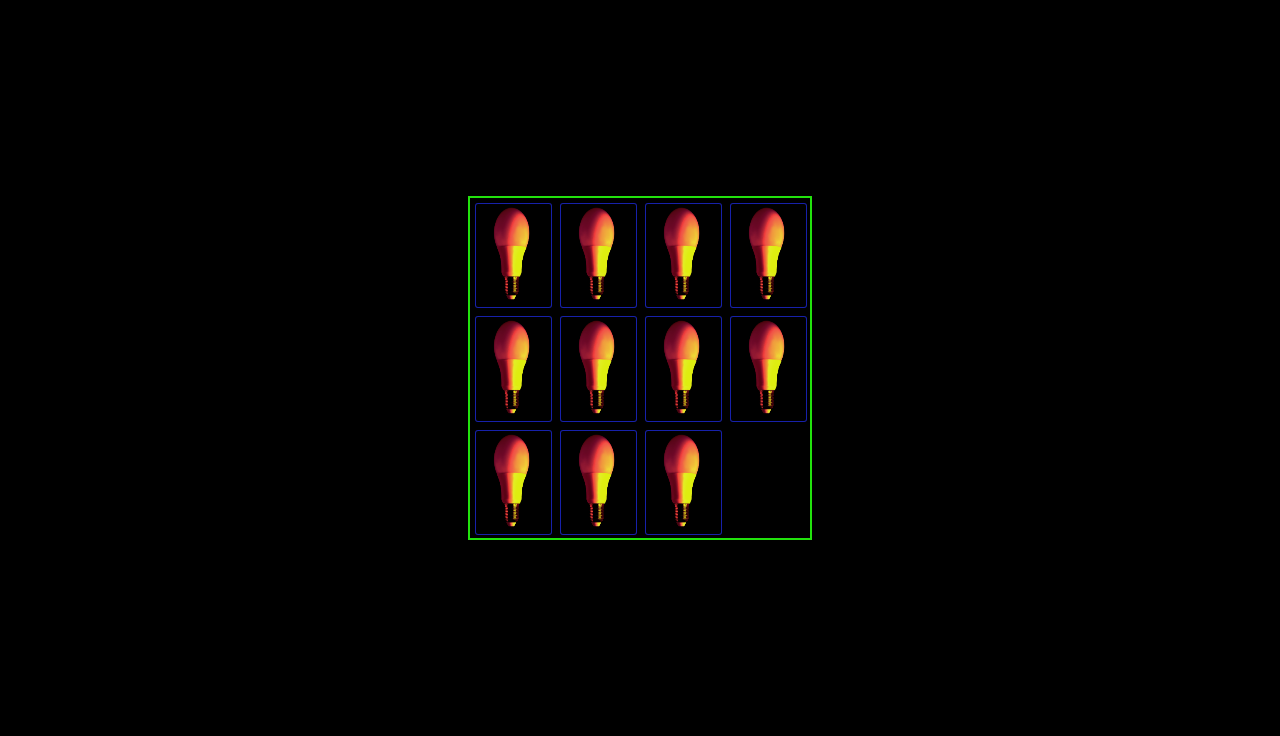
Repository: suzanaferreira/memory-game-project
Page: index.html
The author's editor kept a record of every edit. The page is drawn from the files as they stood at one moment, then again after the next edit.
The browser window is 1280 px wide. The pictures show the whole page.

Above is the page before.
Console error: SyntaxError: Unexpected end of input

### index.html
<!DOCTYPE html>
<html lang="en">

<head>
    <meta charset="UTF-8">
    <meta name="viewport" content="width=device-width, initial-scale=1.0">
    <meta http-equiv="X-UA-Compatible" content="ie=edge">
    <title>Memory Game</title>
    <link rel="stylesheet" href="style.css" />
</head>

<body>
    <section class="game">
        <div class="cards">
            <img class="revelead-pic" src="img/pic1.jpg" alt="burger" />
            <img class="cover-side" src="img/lamp.jpg" alt="lamp" />
        </div>
        <div class="cards">
            <img class="revelead-pic" src="img/pic1.jpg" alt="burger" />
            <img class="cover-side" src="img/lamp.jpg" alt="lamp" />
        </div>

        <div class="cards">
            <img class="revelead-pic" src="img/pic2.jpg" alt="rainbow" />
            <img class="cover-side" src="img/lamp.jpg" alt="lamp" />
        </div>
        <div class="cards">
            <img class="revelead-pic" src="img/pic2.jpg" alt="rainbow" />
            <img class="cover-side" src="img/lamp.jpg" alt="lamp" />
        </div>

        <div class="cards">
            <img class="revelead-pic" src="img/pic3.jpg" alt="arrow" />
            <img class="cover-side" src="img/lamp.jpg" alt="lamp" />
        </div>
        <div class="cards">
            <img class="revelead-pic" src="img/pic3.jpg" alt="arrow" />
            <img class="cover-side" src="img/lamp.jpg" alt="lamp" />
        </div>

        <div class="cards">
            <img class="revelead-pic" src="img/pic4.jpg" alt="thunder" />
            <img class="cover-side" src="img/lamp.jpg" alt="lamp" />
        </div>
        <div class="cards">
            <img class="revelead-pic" src="img/pic4.jpg" alt="thunder" />
            <img class="cover-side" src="img/lamp.jpg" alt="lamp" />
        </div>

        <div class="cards">
            <img class="revelead-pic" src="img/pic5.jpg" alt="circle" />
            <img class="cover-side" src="img/lamp.jpg" alt="lamp" />
        </div>
        <div class="cards">
            <img class="revelead-pic" src="img/pic5.jpg" alt="circle" />
            <img class="cover-side" src="img/lamp.jpg" alt="lamp" />
        </div>

        <div class="cards">
            <img class="revelead-pic" src="img/pic6.jpg" alt="hello" />
            <img class="cover-side" src="img/lamp.jpg" alt="lamp" />
        </div>
    </section>

    <script src="main.js"></script>

</body>

</html>

### style.css
. {
    padding: 0;
    margin: 0;
    box-sizing: border-box;
}

body {
    height: 100vh;
    display: flex;
    background-color: #000000;
}


.game {
    height: 340px;
    width: 340px;
    display: flex;
    margin: auto;
    flex-wrap: wrap;
    border: 2px solid #22E20D;
    perspective: 1000px;
}

.cards {
    width: calc(25% - 10px);
    height: calc(33.333% - 10px);
    margin: 5px;
    position: relative;
    transform: scale(1);
    transform-style: preserve-3d;
    transition: transform .5s;

}
.cards.flip {
    transform: rotateY(180deg);
}
.cards:active {
    transform: scale(.97);
    transition: transform .3s;
}

.revelead-pic,
.cover-side {
    background: #1721AA;
    width: 100%;
    height: 100%;
    padding: 1px;
    border-radius: 3px;
    position: absolute;
    backface-visibility: hidden;
}

.revelead-pic {
    transform: rotateY(180deg);
}

### main.js
const cards = document.querySelectorAll('.cards');
let hasRotatedCard = false;
let firstCard, secondCard;

function rotateCard() {
    this.classList.add('flip');
    //clicked for the first time
    if (!hasRotatedCard) {
        hasRotatedCard = true;
        firstCard = this;
    }
    //clicked for the second time
    else {
        hasRotatedCard = false;
        secondCard = this;

        //check if the cards match
        if (firstCard.dataset.name === secondCard.dataset.name) {
            //when the cards match
            firstCard.removeEventListener('click', rotateCard);
            secondCard.removeEventListener('click', rotateCard);

        //whe the cards dont match
       } else {
        firstCard.classList.remove('flip');
        secondCard.classList.remove('flip');
    }
}
cards.forEach(card => card.addEventListener('click', rotateCard));

After the next edit:
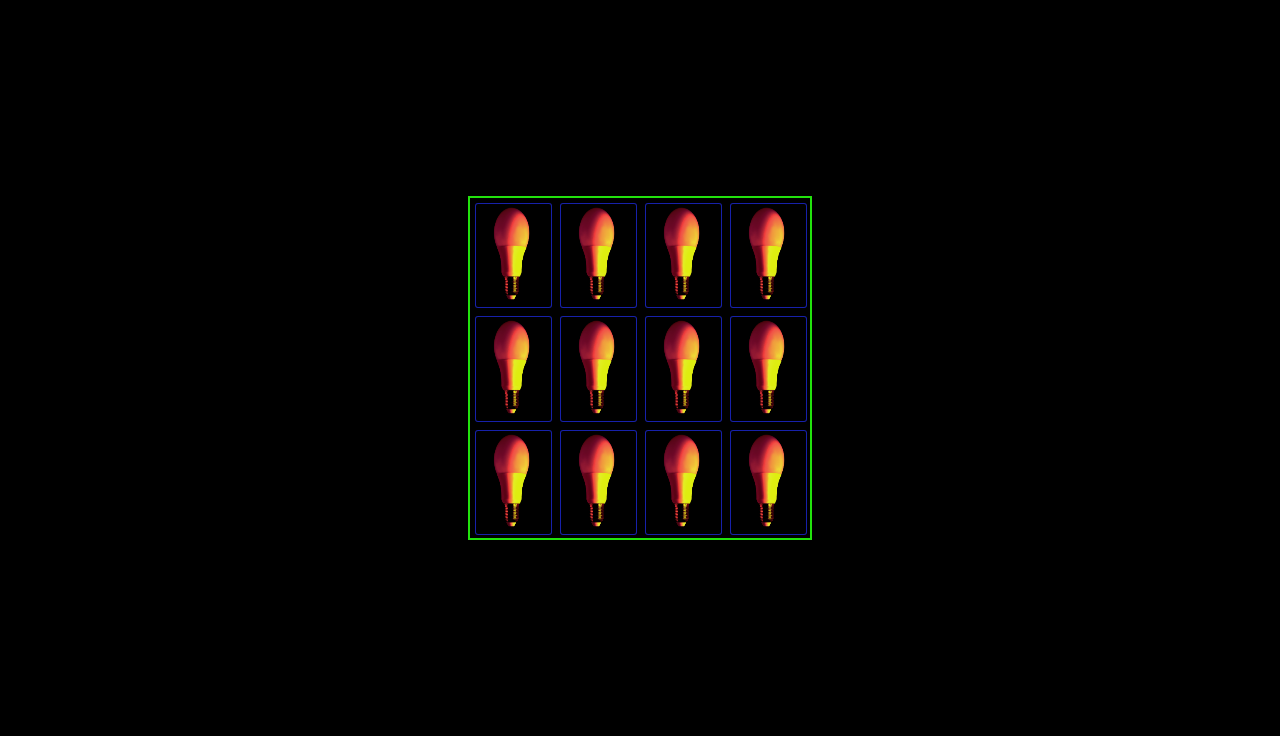
The edit:
--- a/index.html
+++ b/index.html
@@ -60,6 +60,10 @@
             <img class="revelead-pic" src="img/pic6.jpg" alt="hello" />
             <img class="cover-side" src="img/lamp.jpg" alt="lamp" />
         </div>
+        <div class="cards">
+            <img class="revelead-pic" src="img/pic6.jpg" alt="hello" />
+            <img class="cover-side" src="img/lamp.jpg" alt="lamp" />
+        </div>
     </section>
 
     <script src="main.js"></script>
